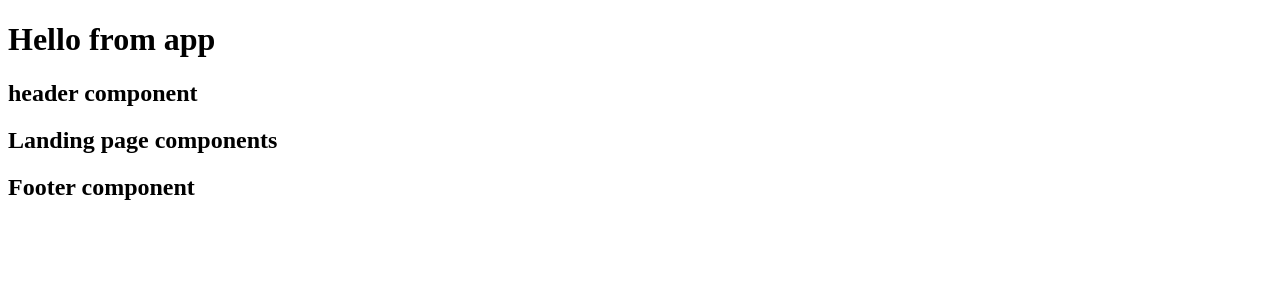
Repository: 1sanjeetsharma/cult-fit-clone
Page: /
The author's editor kept a copy of each file at every save. The page is drawn from the files as they stood at one save, then again after the next save.
The browser window is 1280 px wide. The pictures show the whole page.
The project was rebuilt for these pictures with package versions that can differ from the ones it lists, and the page was loaded fresh each time. Also part of the build but not shown: vite.config.js.

Above is the page before, as saved 2023-07-01 21:44:40.

### src/App.jsx
import LandingPage from "./components/landingPage/LandingPage";
function App() {
  return (
    <>
      <h1>Hello from app</h1>
      <LandingPage />
    </>
  );
}

export default App;

### src/components/landingPage/LandingPage.jsx
import Body from "../body/body";
const LandingPage = () => {
  return (
    <>
      <Body>
        <h2>Landing page components</h2>
      </Body>
    </>
  );
};
export default LandingPage;

### src/components/body/body.jsx
import Header from "./header/Header";
import Footer from "./footer/Footer";
const Body = (props) => {
  console.log("hello from body");
  return (
    <>
      <Header />
      {props.children}
      <Footer />
    </>
  );
};
export default Body;

### src/components/body/header/Header.jsx
const Header = () => {
  return (
    <>
      <h2>header component</h2>
    </>
  );
};
export default Header;

### src/components/body/footer/Footer.jsx
const Footer = () => {
  return (
    <>
      <h2>Footer component</h2>
    </>
  );
};
export default Footer;

Loaded but not shown: index.html (common file); src/main.jsx (common file)

After the next save:
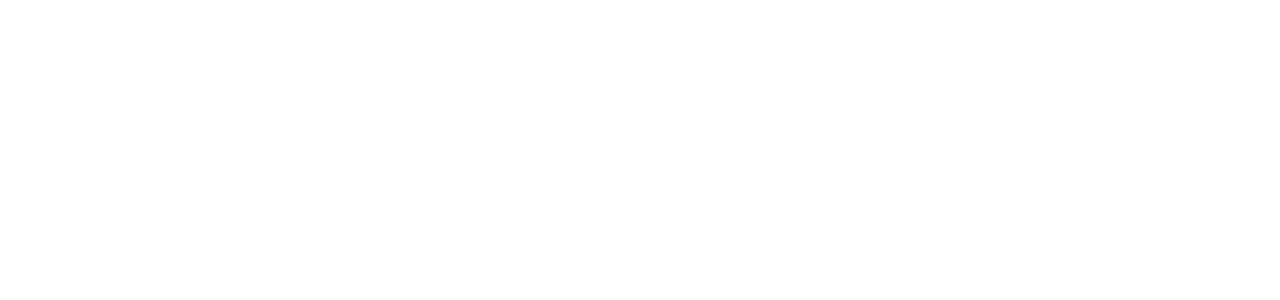
Console error: ReferenceError: Nav is not defined
Saved 6 days later.
--- a/src/components/body/header/Header.jsx
+++ b/src/components/body/header/Header.jsx
@@ -1,7 +1,7 @@
 const Header = () => {
   return (
     <>
-      <h2>header component</h2>
+      <Nav></Nav>
     </>
   );
 };

After the 2 saves that followed:
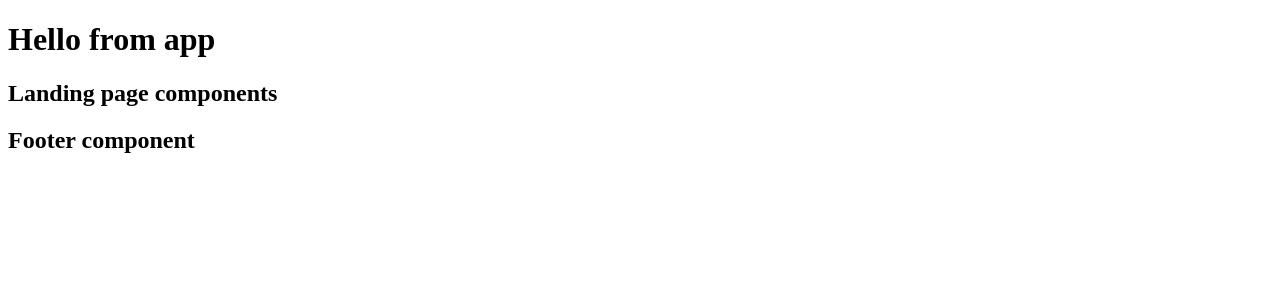
The error is gone.
The 2 saves are shown as one change because 1 did not build or start.
The last was saved 80 s later.
--- a/src/components/body/header/Header.jsx
+++ b/src/components/body/header/Header.jsx
@@ -1,7 +1,9 @@
 const Header = () => {
   return (
     <>
-      <Nav></Nav>
+      <nav>
+        <a href="javascript.viod(0)" ></a>
+      </nav>
     </>
   );
 };
